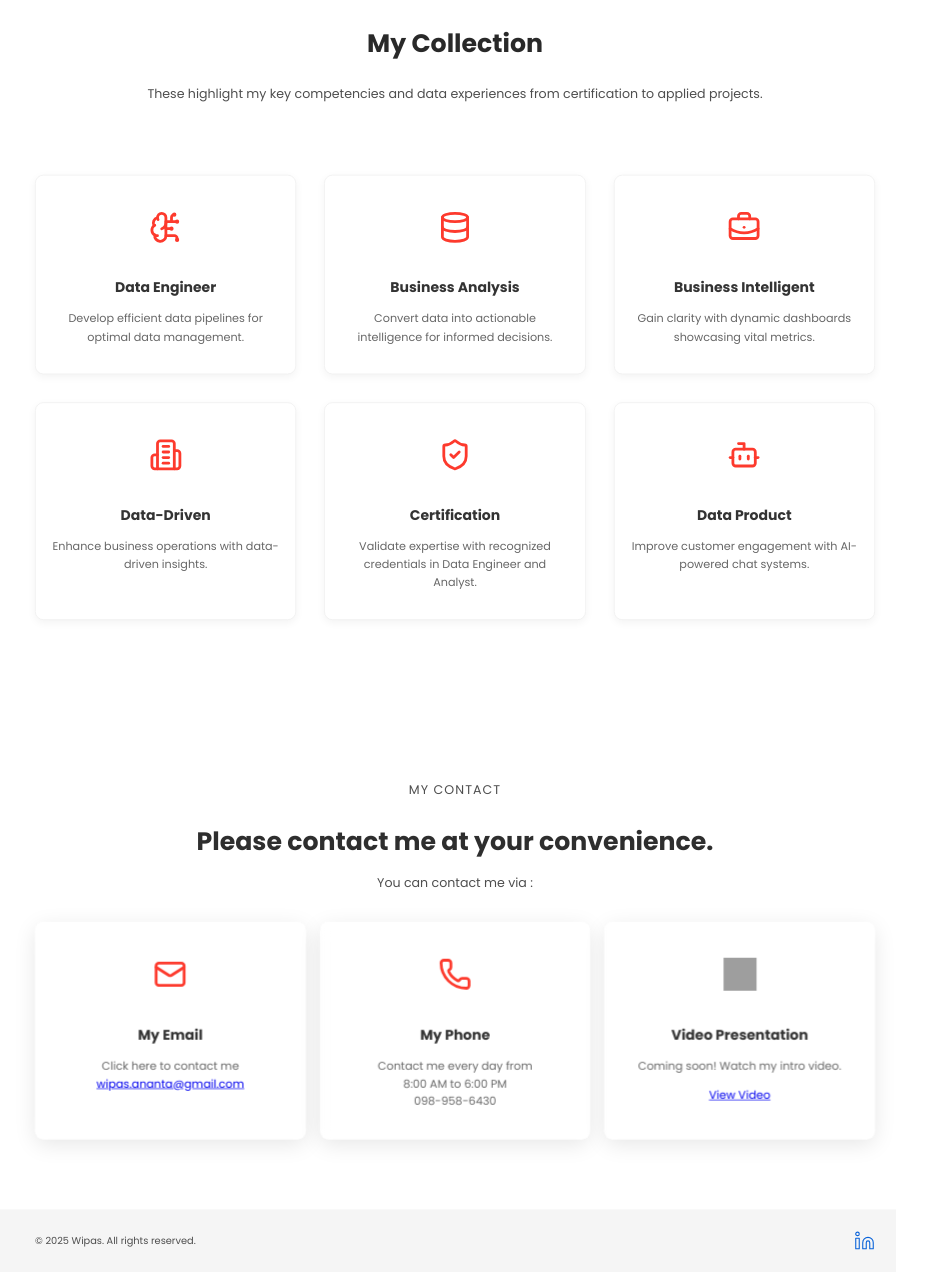
Repository: Wipas1919/Archive-portfolio
Page: index.html
These files come from the project's save history. The page is drawn as it stood at one moment and after the next save; the edit follows.
The browser window is 1280 px wide. The page is 1328 px wide, so the pictures cover 1328 px, including what lies to the right of the window. The pictures show the part of the page from y = 1644 to 3484 px (the page is 3462 px tall before and 3548 px after), at 70% of full size.
Pictures or frames that could not be fetched are drawn as grey boxes.

Above is the page before, as saved 2025-05-26 20:59:28.

### index.html
<!-- Cleaned and updated on 2025-05-25 -->
<!DOCTYPE html>
<html lang="en">
 <head>
  <meta charset="utf-8"/>
  <meta content="width=device-width, initial-scale=1.0" name="viewport"/>
  <title>Wipas | Portfolio</title>

  <!-- SEO Meta Tags -->
  <meta name="description" content="Data-driven portfolio by Wipas Anantamongkol - showcasing skills in data engineering, analytics, and business intelligence.">
  <meta name="keywords" content="portfolio, data, analytics, business intelligence, data engineer, Wipas">
  <meta name="author" content="Wipas Anantamongkol">
  <meta name="robots" content="index, follow">
  <link rel="canonical" href="https://wipas1919.github.io/wipas-portfolio/">

  <!-- Fonts -->
  <link href="https://fonts.googleapis.com/css2?family=Poppins:wght@400;600;700&display=swap" rel="stylesheet"/>

  <!-- CSS -->
  <link href="style/main.css" rel="stylesheet"/>
  <link href="style/animations.css" rel="stylesheet"/>
  <link href="https://cdn.jsdelivr.net/npm/aos@2.3.4/dist/aos.css" rel="stylesheet"/>
  <link href="https://cdnjs.cloudflare.com/ajax/libs/animate.css/4.1.1/animate.min.css" rel="stylesheet"/>
  <link href="https://cdn.jsdelivr.net/npm/swiper@10/swiper-bundle.min.css" rel="stylesheet"/>

  <!-- Lottie -->
  <script src="https://unpkg.com/@lottiefiles/lottie-player@latest/dist/lottie-player.js"></script>

  <!-- Copy Protection Script -->
  <script>
    document.addEventListener("contextmenu", e => e.preventDefault());
    document.onkeydown = function(e) {
      if (e.key === "F12" ||
          (e.ctrlKey && e.shiftKey && (e.key === "I" || e.key === "J")) ||
          (e.ctrlKey && e.key === "U")) {
        return false;
      }
    };
    document.addEventListener("selectstart", e => e.preventDefault());
  </script>

  <!-- Google Analytics (replace G-XXXXXXX with actual ID) -->
<!-- Google tag (gtag.js) -->
  <script async src="https://www.googletagmanager.com/gtag/js?id=G-NG75M74LFD"></script>
  <script>
    window.dataLayer = window.dataLayer || [];
    function gtag(){dataLayer.push(arguments);}
    gtag('js', new Date());

    gtag('config', 'G-NG75M74LFD');
  </script>
  </head>
 <body>
  <!-- ... rest of body content remains unchanged ... -->
  <div id="page-loader">
   <div class="spinner">
   </div>
  </div>
  <!-- Navbar -->
  <!-- /* ───── HEADER SECTION ───── */ -->
  <header>
   <div class="container">
    <h1 class="logo">
     Portfolio
    </h1>
    <nav class="nav-right">
     <a href="#hero">
      Home
     </a>
     <a href="#about">
      About
     </a>
     <a href="#contact">
      Contact
     </a>
     <div class="dropdown-wrapper">
      <a class="dropbtn" href="#">
       Collection
      </a>
      <div class="dropdown-content">
       <a href="projects/data-engineer.html">
        Data Engineer
       </a>
       <a href="projects/business-analysis.html">
        Business Analysis
       </a>
       <a href="projects/bi-solutions.html">
        Business Intelligent
       </a>
       <a href="projects/strategic-data.html">
        Data-Driven
       </a>
       <a href="projects/cloud-cert.html">
        Certification
       </a>
       <a href="projects/data-integration.html">
        Data Product
       </a>
      </div>
     </div>
    </nav>
   </div>
  </header>
  <!-- Hero Section -->
  <section class="hero" id="hero">
   <div class="container hero-content">
    <div class="hero-text">
     <h2 class="rellax" data-rellax-speed="-2">
      THE SPACE FOR SHARING MY DATA PROJECTS
     </h2>
     <p class="rellax" data-rellax-speed="-1">
      Data Generalist | Portfolio Website
     </p>
     <a class="btn" href="#projects">
      View Highlights
     </a>
    </div>
    <div class="hero-animation">
     <lottie-player autoplay="" background="transparent" loop="" speed="1" src="animation_data.json" style="width: 500px; height: 500px;">
     </lottie-player>
    </div>
   </div>
  </section>
  <!-- About Section -->
  <section class="about" id="about">
   <div class="container about-grid">
    <div class="about-image" data-aos="fade-right">
     <img alt="Wipas Profile Photo" src="images/profile.jpg"/>
    </div>
    <div class="about-text" data-aos="fade-left" data-aos-delay="100">
     <h2>
      About Me
     </h2>
     <p>
      My name is Wipas Anantamongkol (Frong),
      <br/>
      a passionate person about data, insights, and creating meaningful solutions. This is a little story about my journey.
     </p>
     <div class="timeline">
      <div class="timeline-item" data-aos="fade-up" data-aos-delay="300">
       <div class="timeline-dot">
       </div>
       <div class="timeline-content">
        <h4>
         2025 - Present
        </h4>
        <p>
         Business Analytics Officer
         <br/>
         at N.C.C Management and Development (QSNCC)
        </p>
       </div>
      </div>
      <div class="timeline-item" data-aos="fade-up" data-aos-delay="400">
       <div class="timeline-dot">
       </div>
       <div class="timeline-content">
        <h4>
         2022 - 2024
        </h4>
        <p>
         Project Coordinator - Design Solutions.
         <br/>
         at stiid co. ltd
        </p>
       </div>
      </div>
      <div class="timeline-item" data-aos="fade-up" data-aos-delay="500">
       <div class="timeline-dot">
       </div>
       <div class="timeline-content">
        <h4>
         2018 - 2022
        </h4>
        <p>
         Graduated in Business Administration from
         <br/>
         King Mongkut University of Technology North Bangkok.
        </p>
       </div>
      </div>
     </div>
    </div>
   </div>
  </section>

  <!-- Projects Section -->
  <section class="projects" id="projects">
   <div class="container" data-aos="fade-up">
    <h2>My Collection</h2>
    <p class="section-description">
     These highlight my key competencies and data experiences from certification to applied projects.
    </p>

    <div class="card-grid card-grid--projects">
     <div class="card card--project" data-aos="zoom-in" data-aos-delay="100" onclick="location.href='projects/data-engineer.html'">
       <div class="card__icon">
         <img src="images/brain-circuit.svg" alt="Data Engineer Icon">
       </div>
       <h3>Data Engineer</h3>
       <p>Develop efficient data pipelines for optimal data management.</p>
     </div>
     <div class="card card--project" data-aos="zoom-in" data-aos-delay="200" onclick="location.href='projects/business-analysis.html'">
       <div class="card__icon">
         <img src="images/database.svg" alt="Business Analysis Icon">
       </div>
       <h3>Business Analysis</h3>
       <p>Convert data into actionable intelligence for informed decisions.</p>
     </div>
     <div class="card card--project" data-aos="zoom-in" data-aos-delay="300" onclick="location.href='projects/bi-solutions.html'">
       <div class="card__icon">
         <img src="images/layout-dashboard.svg" alt="Business Intelligent Icon">
       </div>
       <h3>Business Intelligent</h3>
       <p>Gain clarity with dynamic dashboards showcasing vital metrics.</p>
     </div>
     <div class="card card--project" data-aos="zoom-in" data-aos-delay="400" onclick="location.href='projects/strategic-data.html'">
       <div class="card__icon">
         <img src="images/building-2.svg" alt="Data-Driven Icon">
       </div>
       <h3>Data-Driven</h3>
       <p>Enhance business operations with data-driven insights.</p>
     </div>
     <div class="card card--project" data-aos="zoom-in" data-aos-delay="500" onclick="location.href='projects/cloud-cert.html'">
       <div class="card__icon">
         <img src="images/shield-check.svg" alt="Certification Icon">
       </div>
       <h3>Certification</h3>
       <p>Validate expertise with recognized credentials in Data Engineer and Analyst.</p>
     </div>
     <div class="card card--project" data-aos="zoom-in" data-aos-delay="600" onclick="location.href='projects/data-integration.html'">
       <div class="card__icon">
         <img src="images/bot.svg" alt="Data Product Icon">
       </div>
       <h3>Data Product</h3>
       <p>Improve customer engagement with AI-powered chat systems.</p>
     </div>
    </div>

   </div>
  </section>

  <!-- Contact Section -->
  <section class="contact" id="contact">
   <div class="container" data-aos="fade-up">
    <p class="section-subtitle">MY CONTACT</p>
    <h2 class="section-title">Please contact me at your convenience.</h2>
    <p class="section-description">You can contact me via :</p>

    <div class="card-grid card-grid--contact">
     <div class="card card--glass" data-aos="zoom-in" data-aos-delay="100">
       <div class="card__icon">
         <img src="images/mail.svg" alt="Email Icon">
       </div>
       <h3>My Email</h3>
       <p>
        Click here to contact me<br/>
        <a href="mailto:wipas.ananta@gmail.com">wipas.ananta@gmail.com</a>
       </p>
     </div>
     <div class="card card--glass" data-aos="zoom-in" data-aos-delay="200">
       <div class="card__icon">
         <img src="images/phone.svg" alt="Phone Icon">
       </div>
       <h3>My Phone</h3>
       <p>
        Contact me every day from<br/>
        8:00 AM to 6:00 PM<br/>
        098-958-6430
       </p>
     </div>
     <div class="card card--glass" data-aos="zoom-in" data-aos-delay="300">
       <div class="card__icon">
         <img src="images/video.svg" alt="Video Icon">
       </div>
       <h3>Video Presentation</h3>
       <p>Coming soon! Watch my intro video.</p>
       <p><a href="#" target="_blank">View Video</a></p>
     </div>
    </div>

   </div>
  </section>

  <!-- Footer -->
  <!-- /* ───── FOOTER SECTION ───── */ -->
  <footer>
   <div class="container footer-container">
    <p>
     © 2025 Wipas. All rights reserved.
    </p>
    <div class="social-links">
     <a href="https://www.linkedin.com/" target="_blank">
      <img alt="LinkedIn" src="images/linkedin.svg"/>
     </a>
    </div>
   </div>
  </footer>
  <!-- Scripts -->
  <script src="https://unpkg.com/aos@next/dist/aos.js">
  </script>
  <script>
   AOS.init({
      duration: 1000,
      once: true,
      easing: 'ease-in-out',
    });
  </script>
  <script defer="" src="scripts/main.js">
  </script>
 </body>
</html>

### style/main.css
/* ตั้งค่าพื้นฐาน */
body {
  margin: 0;
  font-family: 'Poppins', sans-serif;
  background: #fff;
  color: #222;
  line-height: 1.6;
  scroll-behavior: smooth;
  user-select: none;
  -webkit-user-select: none;
  -ms-user-select: none;
}

img {
  max-width: 100%;
  height: auto;
  display: block;
}

.container {
  width: 100%;
  max-width: 1200px;
  margin: 0 auto;
  padding: 0 50px; /* เพิ่ม padding ด้านข้าง */
}

@media screen and (max-width: 767px) {
  .container { padding: 0 16px; }
  .hero h2 { font-size: 36px; }
  .hero p { font-size: 18px; }
  .card-grid { grid-template-columns: 1fr; }
  nav a { font-size: 14px; }
  .hero-content { flex-direction: column; }
  .about-image img { width: 100%; }
}

@media screen and (min-width: 768px) and (max-width: 1024px) {
  .hero h2 { font-size: 48px; }
  .card-grid { grid-template-columns: repeat(2, 1fr); }
}

@media screen and (max-width: 480px) {
  h2, .section-title { font-size: 28px; }
  .hero h2 { font-size: 28px; }
  .hero p, .section-description, .about-text p, .card p { font-size: 16px; }
  .btn { padding: 10px 20px; font-size: 16px; }
}

/* Navbar */
header {
  background: #fff;
  padding: 5px 0;
  display: flex;
  justify-content: space-between;
  align-items: center;
  border-bottom: 0px solid #eee;
  position: sticky;
  top: 0;
  z-index: 100;
}

header .container {
  display: flex;
  align-items: center;
  justify-content: space-between;
}

.logo {
  font-family: 'Poppins', serif;
  font-size: 30px;
  color: #fc5246;
}

nav a {
  margin: 0 15px;
  color: #333;
  text-decoration: none;
  font-weight: 600;
  font-size: 18px;
}

nav a:hover {
  color: #fd3a2d;
}

/* ปุ่มหลักของเมนู dropdown */
.dropdown-wrapper {
  position: relative;
  display: inline-block;
}

.dropbtn {
  font-weight: 600;
  cursor: pointer;
  color: #222;
  transition: color 0.3s ease;
}

.dropbtn:hover {
  color: #fd3a2d;
}

/* เมนูที่แสดงเมื่อ hover */
.dropdown-content {
  display: none;
  position: absolute;
  top: 100%;
  right: 0;
  background-color: #ffffff;
  min-width: 220px;
  border-radius: 12px;
  box-shadow: 0 10px 25px rgba(0, 0, 0, 0.08);
  overflow: hidden;
  padding: 10px 0;
  z-index: 999;
}

/* แสดงเมื่อ hover */
.dropdown-wrapper:hover .dropdown-content {
  display: block;
}

/* ลิงก์ใน dropdown */
.dropdown-content a {
  display: block;
  padding: 12px 20px;
  color: #222;
  text-decoration: none;
  font-size: 15px;
  transition: background-color 0.2s ease, color 0.2s ease;
}

/* Hover effect ของลิงก์ */
.dropdown-content a:hover {
  background-color: #eaeaea;
  color: #fd3a2d;
}

.hero-animation {
  margin-top: 10px;
  display: flex;
  justify-content: right;
}

/* Hero Section */
.hero {
  position: relative;
  height: 60vh;
  display: flex;
  align-items: center;
  justify-content: center;
  flex-direction: column;
  text-align: center;
  background: #eaeaea;
  color: #000000;
}

#hero-background {
  position: absolute;
  top: 0;
  left: 0;
  width: 100%;
  height: 100%;
  z-index: 0;
}

.hero-content {
  position: relative;
  z-index: 1;
  width: 100%;
  max-width: 1200px;
  padding-left: 5vw;
  padding-right: 5vw;
  text-align: left;
  align-items: flex-start;
}

.hero h2 {
  font-size: 60px;
  margin-bottom: 10px;
  line-height: 1.2;
}

.hero p {
  font-size: 30px;
  margin-bottom: 30px;
  color: #1d1d1d;
}

.btn, .hero .btn {
  display: inline-block;
  background: #fd3a2d;
  color: #fff;
  padding: 14px 36px;
  border-radius: 30px;
  text-decoration: none;
  font-weight: bold;
  font-size: 18px;
  transition: background 0.3s;
}

.btn:hover, .hero .btn:hover {
  background: #252525;
}

/* Sections */
section {
  padding: 100px 0;
  text-align: center;
}

/* About Section */
.about-grid {
  display: flex;
  align-items: center;
  justify-content: center;
  gap: 50px;
  flex-wrap: wrap;
}

.about-image img {
  width: 500px;
  height: auto;
  object-fit: cover;
  border-top-left-radius: 0;
  border-top-right-radius: 0;
  border-bottom-left-radius: 200px;
  border-bottom-right-radius: 200px;
}

.about-text {
  max-width: 500px;
  text-align: left;
}

.about-text h2 {
  margin-bottom: 20px;
}

.about-text p {
  font-size: 18px;
  color: #666;
}

/* Timeline */
.timeline-item {
  position: relative;
  margin-bottom: 30px;
}

.timeline-dot {
  width: 14px;
  height: 14px;
  background-color: #fd3a2d;
  border-radius: 50%;
  position: absolute;
  left: -8px;
  top: 0;
}

.timeline-content {
  margin-left: 20px;
}

.timeline-content h4 {
  margin: 0;
  font-size: 18px;
  color: #333;
  font-weight: 600;
}

.timeline-content p {
  margin: 5px 0 0;
  font-size: 16px;
  color: #666;
}

/* Projects Section */
#projects {
  margin-bottom: 10px;
}

.card-grid {
  display: grid;
  grid-template-columns: repeat(3, 1fr); /* สำคัญ: 3 คอลัมน์ */
  gap: 40px;
  margin-top: 100px;
}


.card {
  background: #ffffff;
  padding: 30px;
  border-radius: 12px;
  text-align: center;
  transition: box-shadow 0.3s;
  border: 1px solid #eee;
}

.card:hover {
  box-shadow: 0 8px 20px rgba(0, 0, 0, 0.1);
}

.card-icon img {
  width: 40px;
  height: 40px;
  margin-bottom: 20px;
}

.card h3 {
  font-size: 20px;
  margin-bottom: 15px;
  color: #333;
}

.card p {
  font-size: 16px;
  color: #666;
}

/* Contact Section */
.contact {
  background: rgba(255, 255, 255, 0.5); /* 1 = โปร่งแสง 50% */
  text-align: center;
}

.section-subtitle {
  text-transform: uppercase;
  font-size: 18px;
  letter-spacing: 1.5px;
  color: #4e4e4e;
  margin-bottom: 10px;
}

h2 {
  font-size: 36px;
  color: #292929
}


.section-title {
  font-size: 36px;
  margin-bottom: 10px;
  color: #2e2e2e;
}

.section-description {
  font-size: 18px;
  margin-bottom: 40px;
  color: #4e4e4e;
}

.contact-grid {
  display: grid;
  grid-template-columns: repeat(auto-fit, minmax(280px, 1fr));
  gap: 20px;
  margin-top: 40px;
}

.contact-card.glass {
  background: rgba(255, 255, 255, 0.15);
  backdrop-filter: blur(12px);
  -webkit-backdrop-filter: blur(12px);
  border-radius: 20px;
  padding: 24px;
  border: 1px solid rgba(255, 255, 255, 0.3);
  box-shadow: 0 8px 32px rgba(0, 0, 0, 0.1);
  transition: transform 0.3s ease, box-shadow 0.3s ease;
  text-align: center;
}

.contact-card.glass:hover {
  transform: scale(1.05);
  box-shadow: 0 12px 28px rgba(0, 0, 0, 0.15);
}

.contact-icon {
  display: flex;
  flex-direction: column;
  align-items: center;
  justify-content: center; /* 🔥 เพิ่มบรรทัดนี้เพื่อจัดไอคอนแนวดิ่ง */
  height: 100px; /* ✅ ปรับความสูงให้เหมาะสม */
  margin-bottom: 12px;
}


.contact-icon img {
  width: 48px;
  height: 48px;
  margin-bottom: 12px;
  transition: transform 0.3s ease;
}

.contact-card.glass:hover .contact-icon img {
  transform: scale(1.15);
}

/* Footer */
footer {
  background: #f5f5f5;
  padding: 20px 0;
  font-size: 14px;
  color: #4d4d4d;
}

.footer-container {
  display: flex;
  justify-content: space-between;
  align-items: center;
  flex-wrap: wrap;
}

.social-links {
  display: flex;
  gap: 20px;
}

.social-links a img {
  width: 30px;
  height: 30px;
  transition: transform 0.3s ease;
}

.social-links a img:hover {
  transform: scale(1.2);
}

#hero-background {
  position: absolute;
  top: 0;
  left: 0;
  height: 100%;
  width: 100%;
  z-index: 0;
  overflow: hidden;
}
.hero-content {
  position: relative;
  z-index: 1;
}

/* animation-data */
.hero-content {
  display: flex;
  justify-content: space-between;
  align-items: center;
  flex-wrap: wrap;
  gap: 40px;
}

.hero-text {
  flex: 1 1 55%;
}

.hero-animation {
  flex: 1 1 40%;
  display: flex;
  justify-content: center;
  align-items: center;
}

/* ===== Page Loader & Smooth Scroll ===== */
html{scroll-behavior:smooth;}

#page-loader{
  position:fixed;inset:0;display:grid;place-items:center;
  background:#ffffff;z-index:9999;opacity:1;
  transition:opacity .0.5s ease;
}
#page-loader .spinner{
  width:32px;height:32px;border:4px solid #e5e5e5;
  border-top-color:#ff694b;border-radius:50%;
  animation:spin .8s linear infinite;
}
@keyframes spin{to{transform:rotate(360deg)}}

body.loaded #page-loader{opacity:0;pointer-events:none;}
body.fade-out{opacity:0;transition:opacity .0.5s ease;}

@keyframes hideLoaderFallback{to{opacity:0;pointer-events:none;}}
#page-loader{animation:hideLoaderFallback 0.5s forwards 0.5s;}



/* ====  Reusable Card Component  ================================== */
.card {
  background: #ffffff;
  border: 1px solid #eee;
  border-radius: 12px;
  padding: 24px;
  text-align: center;
  box-shadow: 0 4px 12px rgba(0,0,0,.05);
  transition: transform .3s ease, box-shadow .3s ease;
}
.card:hover {
  transform: translateY(-6px);
  box-shadow: 0 12px 25px rgba(0,0,0,.1);
}

.card__icon{
  display:flex;
  flex-direction:column;
  align-items:center;
  justify-content:center;
  height:100px;
  margin-bottom:12px;
}
.card__icon img{
  width:48px;
  height:48px;
  transition: transform .3s ease;
}
.card:hover .card__icon img{
  transform:scale(1.15);
}

/* Variant – project card (clickable) */
.card--project{cursor:pointer;}

/* Variant – glassmorphism contact card */
.card--glass{
  background: rgba(255,255,255,.15);
  backdrop-filter: blur(12px);
  -webkit-backdrop-filter: blur(12px);
  border: 1px solid rgba(255,255,255,.3);
  box-shadow: 0 8px 32px rgba(0,0,0,.1);
}

/* Grids */

.card-grid--contact{
  display:grid;
  grid-template-columns: repeat(auto-fit,minmax(280px,1fr));
  gap:20px;
  margin-top:40px;
}

/* Remove legacy duplicate styles */
.contact-card, .contact-card.glass, .glass-card{
}/* project */

.project-blog {
  max-width: 800px;
  margin: 80px auto;
  padding: 0 20px;
  font-family: 'Inter', sans-serif;
}

.project-blog h1 {
  font-size: 36px;
  font-weight: 700;
  margin-bottom: 20px;
  text-align: center;
  color: #222;
}

.project-blog .tag {
  display: inline-block;
  background: #f0f0f0;
  color: #333;
  padding: 6px 12px;
  margin: 0 8px 20px 0;
  border-radius: 20px;
  font-size: 14px;
}

.project-blog p {
  font-size: 18px;
  color: #444;
  line-height: 1.7;
  margin-bottom: 24px;
}

.project-blog img {
  width: 100%;
  border-radius: 10px;
  margin: 30px 0;
  box-shadow: 0 8px 30px rgba(0,0,0,0.08);
}

/* button */
.back-float-btn {
  position: fixed;
  bottom: 30px;
  left: 50%;
  transform: translateX(-50%);
  background-color: #fc5246;
  color: white;
  padding: 10px 24px;
  font-size: 14px;
  border-radius: 30px;
  box-shadow: 0 4px 16px rgba(0, 0, 0, 0.1);
  cursor: pointer;
  z-index: 9999;
  text-align: center;
  font-family: 'Inter', sans-serif;
  transition: background 0.3s ease;
  width: auto;       /* ปรับให้ขนาดพอดีกับเนื้อหา */
  max-width: 200px;  /* จำกัดไม่ให้ปุ่มกว้างเกินไป */
}

.back-float-btn:hover {
  background-color: #e6483c;
}

@media (max-width: 768px) {
  .back-float-btn {
    padding: 9px 18px;
    font-size: 13px;
    bottom: 20px;
  }
/* ===== FINAL OVERRIDE ===== */
.contact-card a {
  color: inherit !important;
  text-decoration: none !important;
}

.contact-card a:visited {
  color: inherit !important;
  text-decoration: none !important;
}

.contact-card a:hover,
.contact-card a:focus,
.contact-card a:active {
  color: inherit !important;
  text-decoration: none !important;
}

/* ===== Card grid (Projects) enforce 3-column on desktop ===== */
@media (min-width: 1024px){
  .card-grid--projects{
    grid-template-columns: repeat(3, 1fr);
  }
}
/* 2 columns on tablets */
@media (min-width: 640px) and (max-width: 1023px){
  .card-grid--projects{
    grid-template-columns: repeat(2, 1fr);
  }
}
/* 1 column on small screens (default) */
}

/* ===== DESKTOP-ONLY MODE (CSS BLOCK) =====
   Hide entire site below 1024px width and show full-screen notice
--------------------------------------------------------------- */
@media (hover: none) and (pointer: coarse){
  /* Hide all real content */
  body > * { display: none !important; }

  /* Full-screen notice */
  body::before{
    content: "This site is designed for desktop browsers only.\A Please visit on a larger screen.";
    white-space: pre-line;
    position: fixed;
    inset: 0;
    background: #ffffff;
    color: #000000;
    padding: 40px 24px;
    display: flex;
    align-items: center;
    justify-content: center;
    font-family: "Poppins", sans-serif;
    font-size: 18px;
    line-height: 1.4;
    text-align: center;
    z-index: 99999;
  }

  /* Prevent horizontal scroll */
  html, body{ overflow: hidden; }
}

Loaded but not shown: animation_data.json (1 lines, source omitted); scripts/main.js (34 lines, source omitted); style/animations.css (no stored copy; drawn as an empty file)

After the next save:
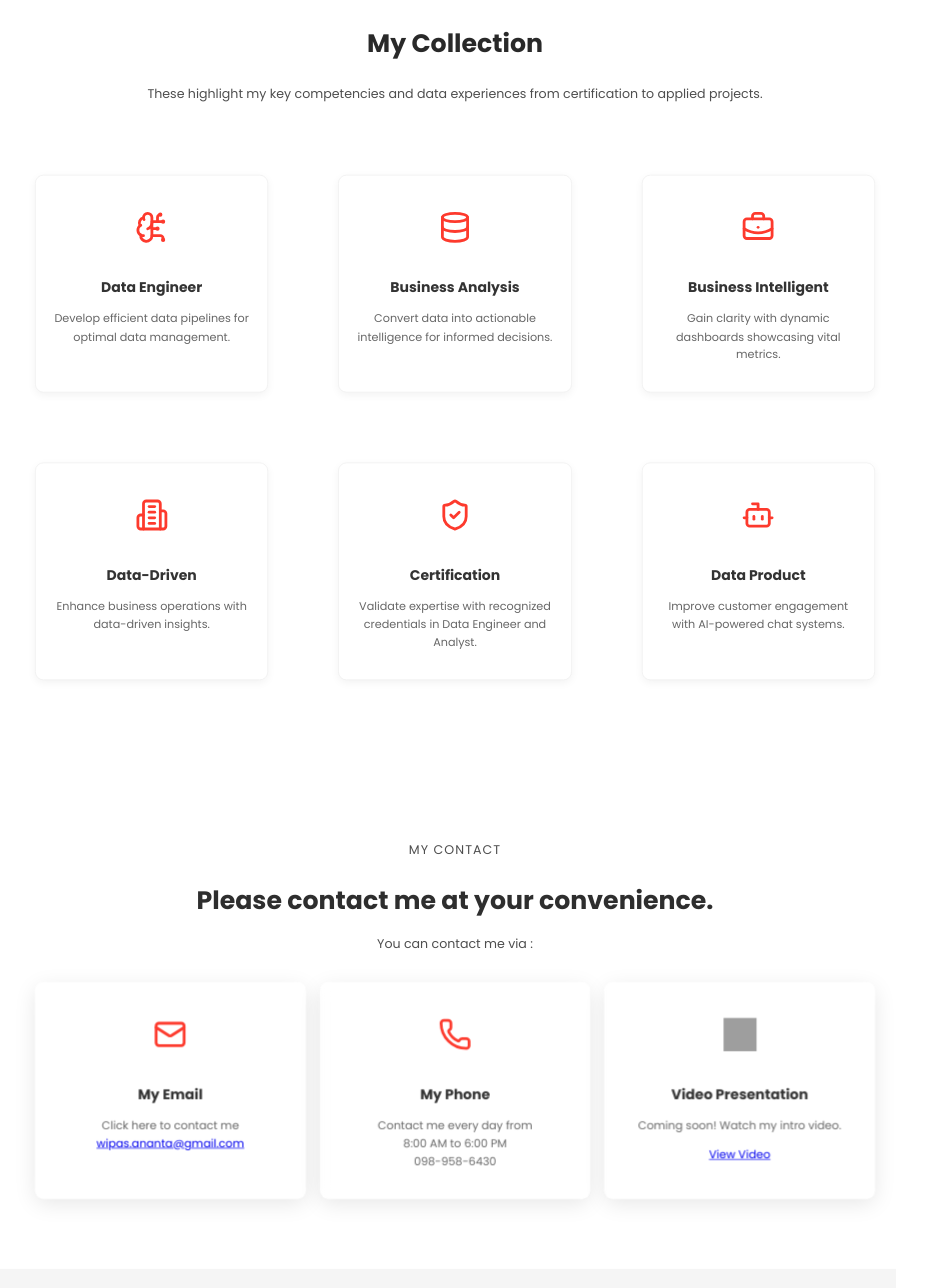
Saved 25 min 21 s later.
--- a/style/main.css
+++ b/style/main.css
@@ -283,7 +283,7 @@ section {
 .card-grid {
   display: grid;
   grid-template-columns: repeat(3, 1fr); /* สำคัญ: 3 คอลัมน์ */
-  gap: 40px;
+  gap: 100px;
   margin-top: 100px;
 }
 
